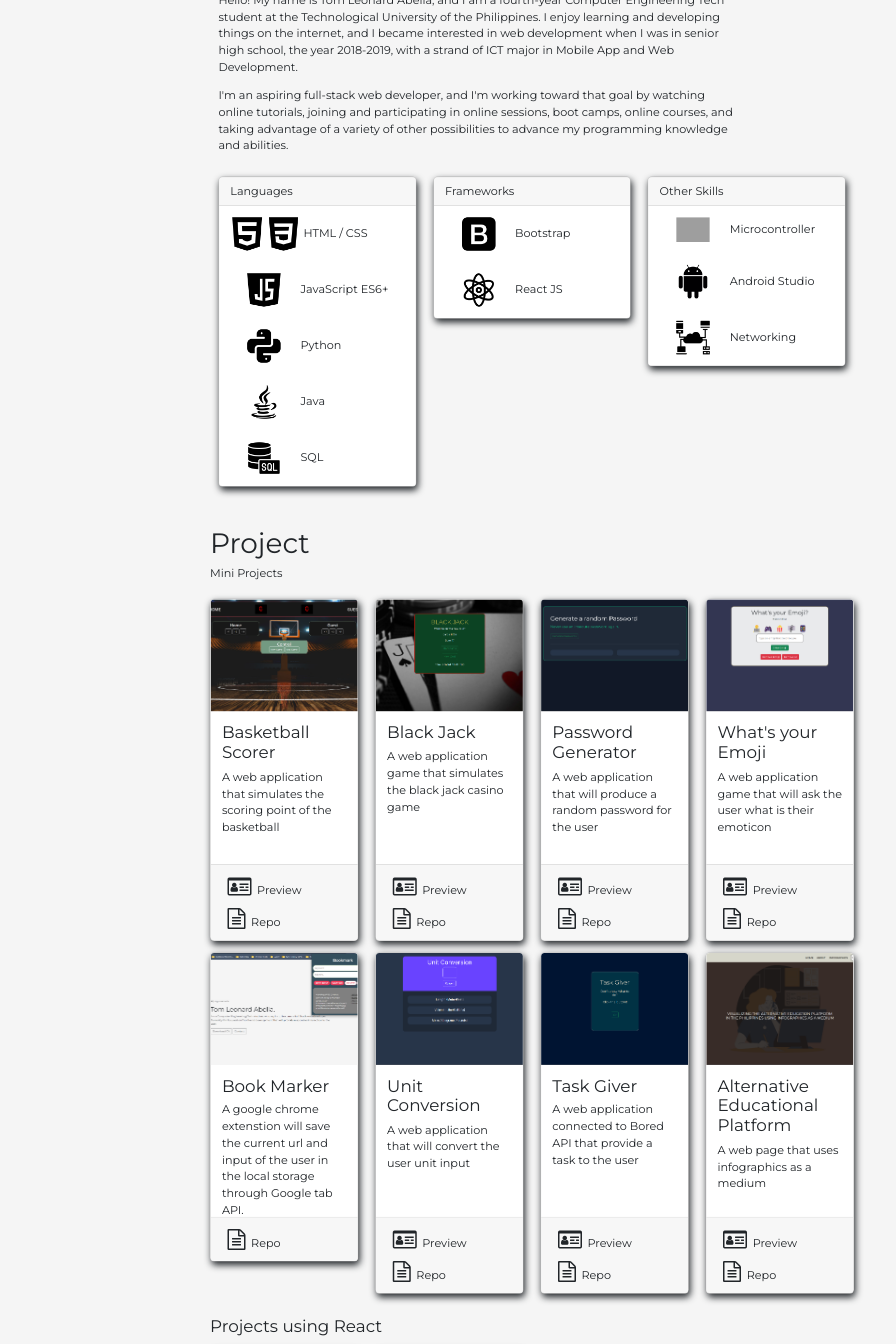
Repository: tom-abella/Portfolio
Page: index.html
An editor plug-in stored every save of this project. The page is shown before and after the next save, followed by the edit.
The browser window is 1280 px wide. The pictures show the part of the page from y = 796 to 2716 px (the page is 3347 px tall), at 70% of full size.
Pictures or frames that could not be fetched are drawn as grey boxes.

Above is the page before, as saved 2022-11-25 11:24:27.
Console error: ReferenceError: emailjs is not defined

After the next save:
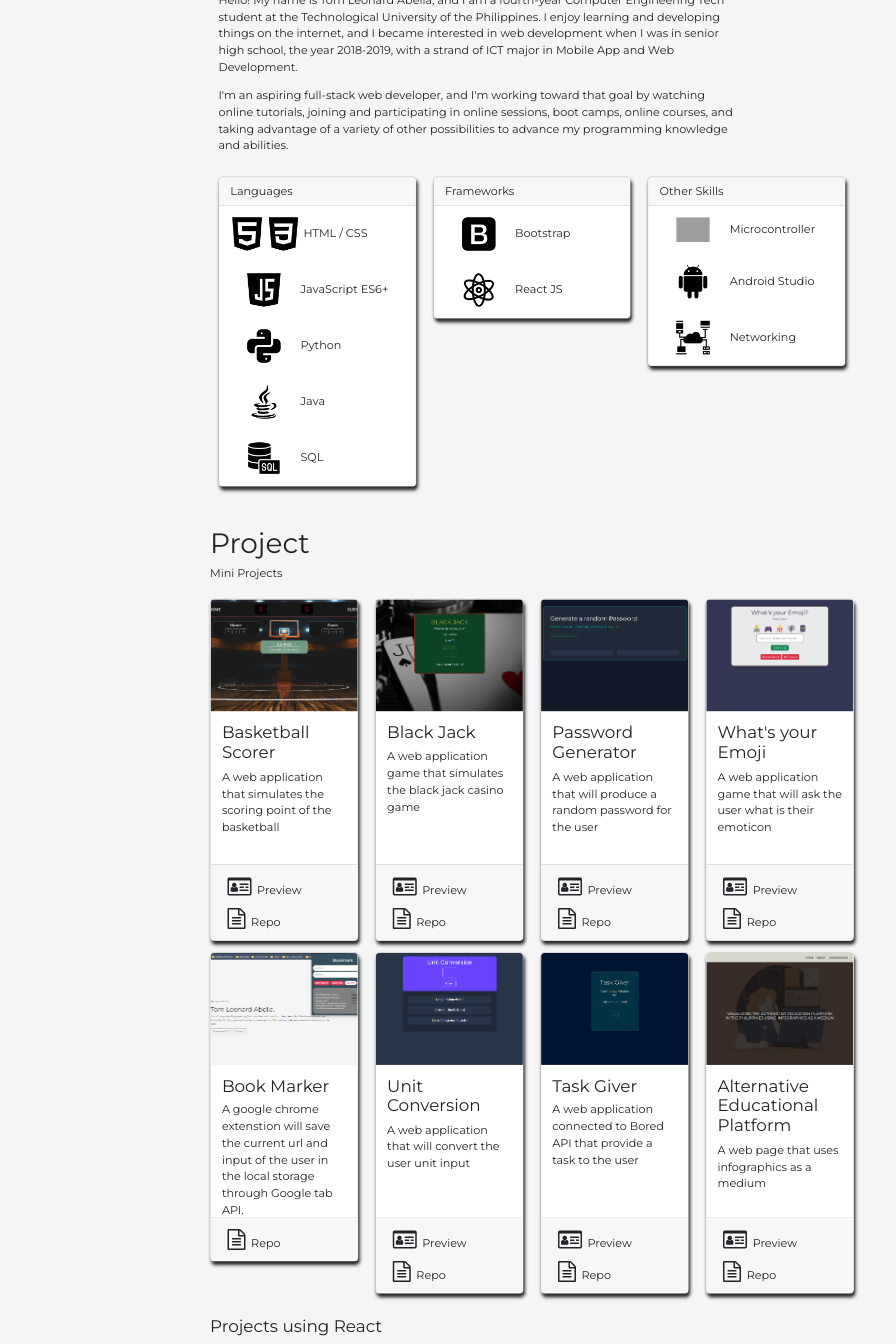
Saved 4 s later.
--- a/style.css
+++ b/style.css
@@ -17,7 +17,7 @@ img{
 
 }
 .card{
-    box-shadow: 2px 5px 10px #212529;
+    box-shadow: 2px 5px 5px #212529;
 }
 .navbar .nav-link.active{
     color:grey;
